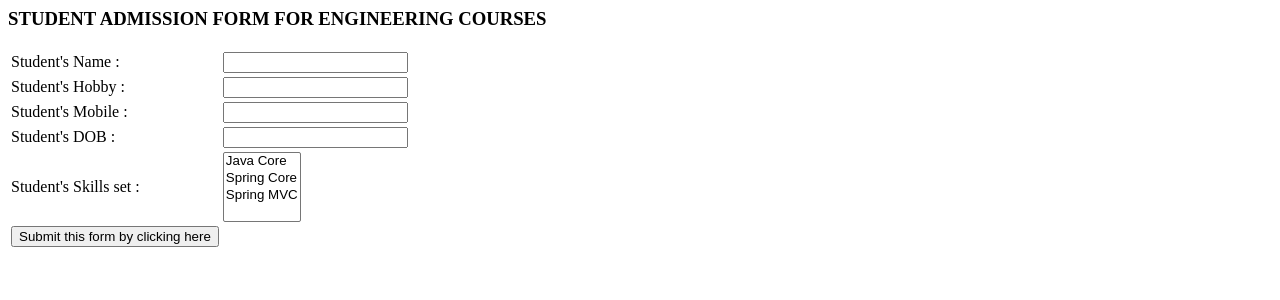
Repository: anujsachan89/Spring-MVC
Page: http://localhost/SpringMVC10/WEB-INF/jsp/AdmissionForm.jsp
An editor plug-in stored every save of this project. The page is shown before and after the next save, followed by the edit.
The browser window is 1280 px wide. The pictures show the whole page.
The page is served by Tomcat 9. Nobody is signed in. The template is opened directly, without the code that normally fills it, so the values that code supplies are empty.

Above is the page before, as saved 2017-02-04 07:17:12.

After the next save:
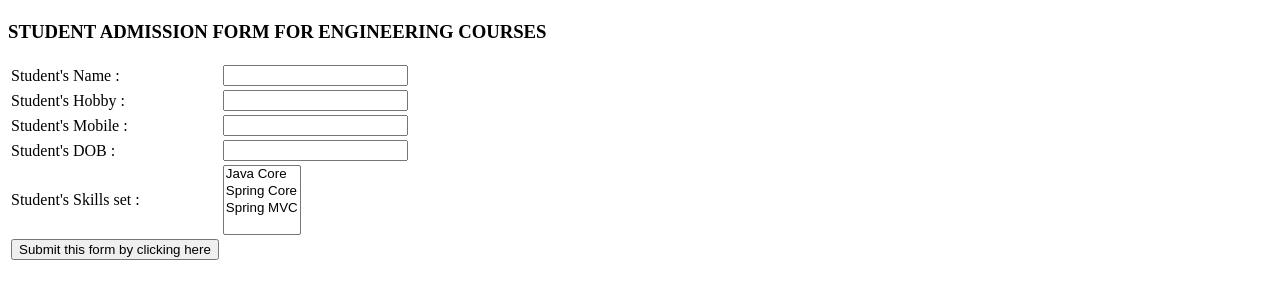
Saved 67 s later.
--- a/Spring-MVC workspace/SpringMVC10/src/main/webapp/WEB-INF/jsp/AdmissionForm.jsp
+++ b/Spring-MVC workspace/SpringMVC10/src/main/webapp/WEB-INF/jsp/AdmissionForm.jsp
@@ -1,3 +1,11 @@
+<%@ page language="java" contentType="text/html; charset=UTF-8"
+	pageEncoding="UTF-8"%>
+<!DOCTYPE html PUBLIC "-//W3C//DTD HTML 4.01 Transitional//EN" "http://www.w3.org/TR/html4/loose.dtd">
+<html>
+<head>
+<meta http-equiv="Content-Type" content="text/html; charset=UTF-8">
+<title>Insert title here</title>
+
 <html>
 <body>
 
